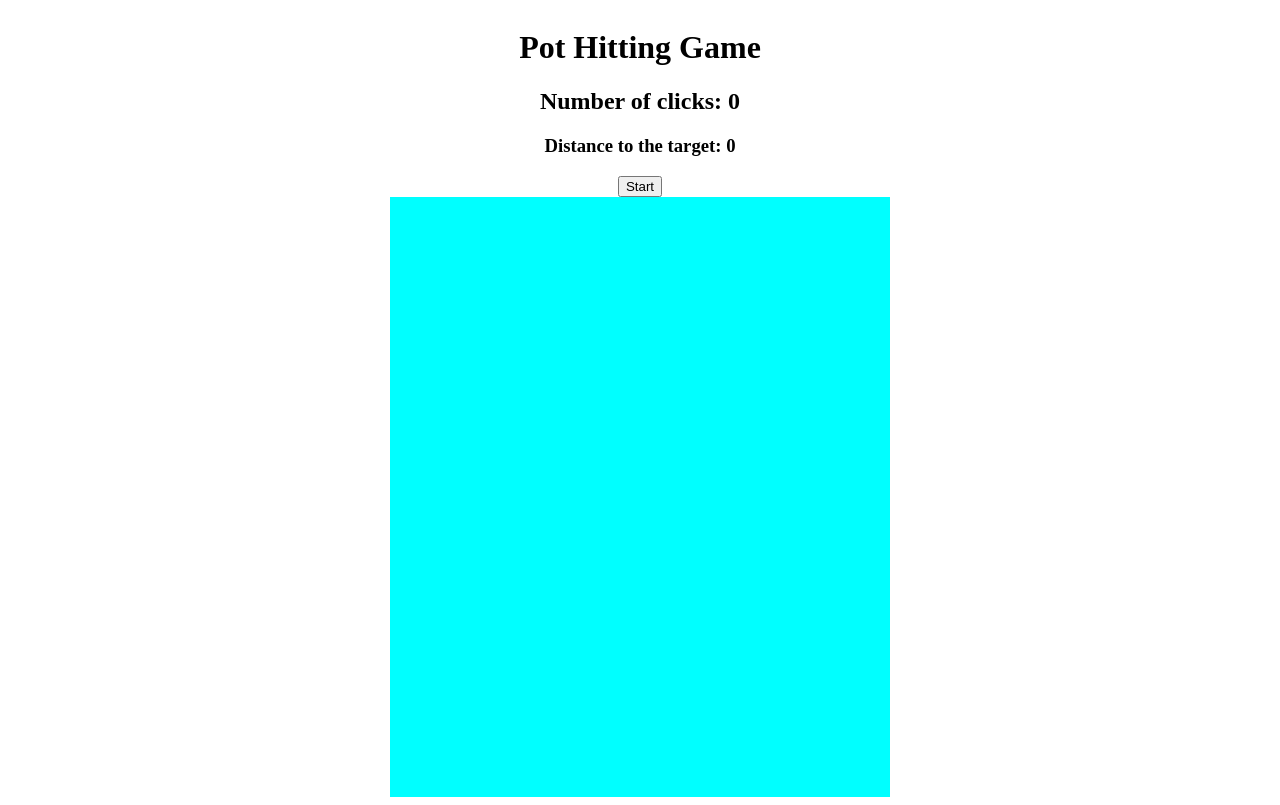
Repository: manojsatya/Web_development
Page: PotHitting_game/index.html
These files come from the project's save history. The page is drawn as it stood at one moment and after the next save; the edit follows.
The browser window is 1280 px wide. The pictures show the whole page.

Above is the page before, as saved 2019-06-03 15:37:12.

### PotHitting_game/index.html
<!DOCTYPE html>
<html lang="en">
<head>
    <meta charset="UTF-8">
    <meta name="viewport" content="width=device-width, initial-scale=1.0">
    <meta http-equiv="X-UA-Compatible" content="ie=edge">
    <title>Pot Hitting Game</title>

    <link rel="stylesheet" href="potplay.css">
</head>
<body>
        <div class="wrapper">
                <h1 class="head">Pot Hitting Game</h1>
                <h2> Number of clicks: <span id="clicks">0</span></h2>
                <h3>Distance to the target: <span id="dist">0</span></h3>
                <button class="reset"> Start</button>
                <div class="playarea">  </div>
               <!--  <div class="target"></div>   -->
        </div>








    <!-- <h2 onclick="showCoords(event)">Click this heading to get the x (horizontal) and y (vertical) coordinates of the mouse pointer when it was clicked.</h2>

    <p><strong>Tip:</strong> Try to click different places in the heading.</p>
 -->


    <script src="potplay.js"></script>


</body>
</html>

### PotHitting_game/potplay.css
.playarea{
    margin: 0 auto;
    width: 500px;
    height: 600px;
    background-color: aqua;


}

.selected{
    background-color: red;
}


.wrapper{
    align-content: center;
    text-align: center;
}

.target{
    margin: 0 auto;
    width: 20px;
    height: 20px;
    background-color: red;
    margin-top: -300px;
}

### PotHitting_game/potplay.js
var playarea = document.querySelector(".playarea");
//var targetarea = document.querySelector(".target");
var clicktext = document.getElementById("clicks");
var x;
var y;
var xPot = 250;
var yPot = 300;
var showDist = document.getElementById("dist");
var clickCount = 0;
var reset = document.querySelector(".reset");
var target = {};


playarea.addEventListener("click", function(){
    clickCount++ ;
    clicktext.textContent = clickCount;
    xClick = event.clientX;
    yClick = event.clientY;
    var distance = Math.sqrt(Math.pow(xPot - xClick, 2) + Math.pow(yPot - yClick, 2));
    showDist.textContent = distance;
    //console.log("Herer");
    console.log(" Left: "+ playarea.offsetLeft);
    console.log(" Top: "+ playarea.offsetTop);
    //console.log("Herer");


    x = event.clientX;
    y = event.clientY;
    var coords = "X coords: " + x + ", Y coords: " + y;

    console.log(coords);

});

reset.addEventListener("click", function(){
    clickCount = 0;
    clicktext.textContent = clickCount;
    distance = 0;
    showDist.textContent = distance;

});

/* targetarea.addEventListener("click", function(){

    alert("Clicked the target area");
}); */

function showCoords(event) {
    x = event.clientX;
    y = event.clientY;
    var coords = "X coords: " + x + ", Y coords: " + y;

    console.log(coords);

    document.getElementById("demo").innerHTML = coords;
  }

function getDistance(xPot, xClick, yPot, yClick){
    var distance = Math.sqrt(Math.pow(xPot - xClick, 2) + Math.pow(yPot - yClick, 2));
    return distance;
}

After the next save:
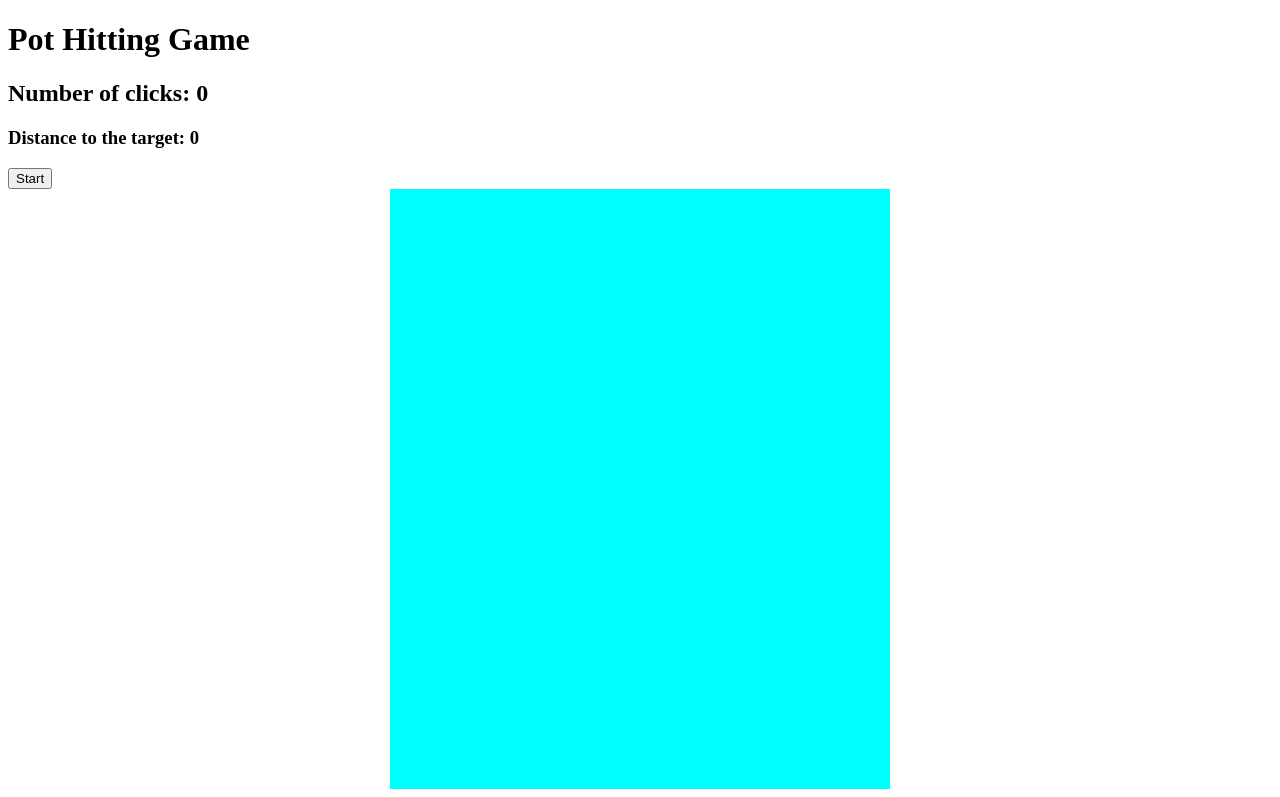
Saved 12 min 36 s later.
--- a/PotHitting_game/index.html
+++ b/PotHitting_game/index.html
@@ -9,7 +9,7 @@
     <link rel="stylesheet" href="potplay.css">
 </head>
 <body>
-        <div class="wrapper">
+        <div id="wrapper">
                 <h1 class="head">Pot Hitting Game</h1>
                 <h2> Number of clicks: <span id="clicks">0</span></h2>
                 <h3>Distance to the target: <span id="dist">0</span></h3>

After the save that followed:
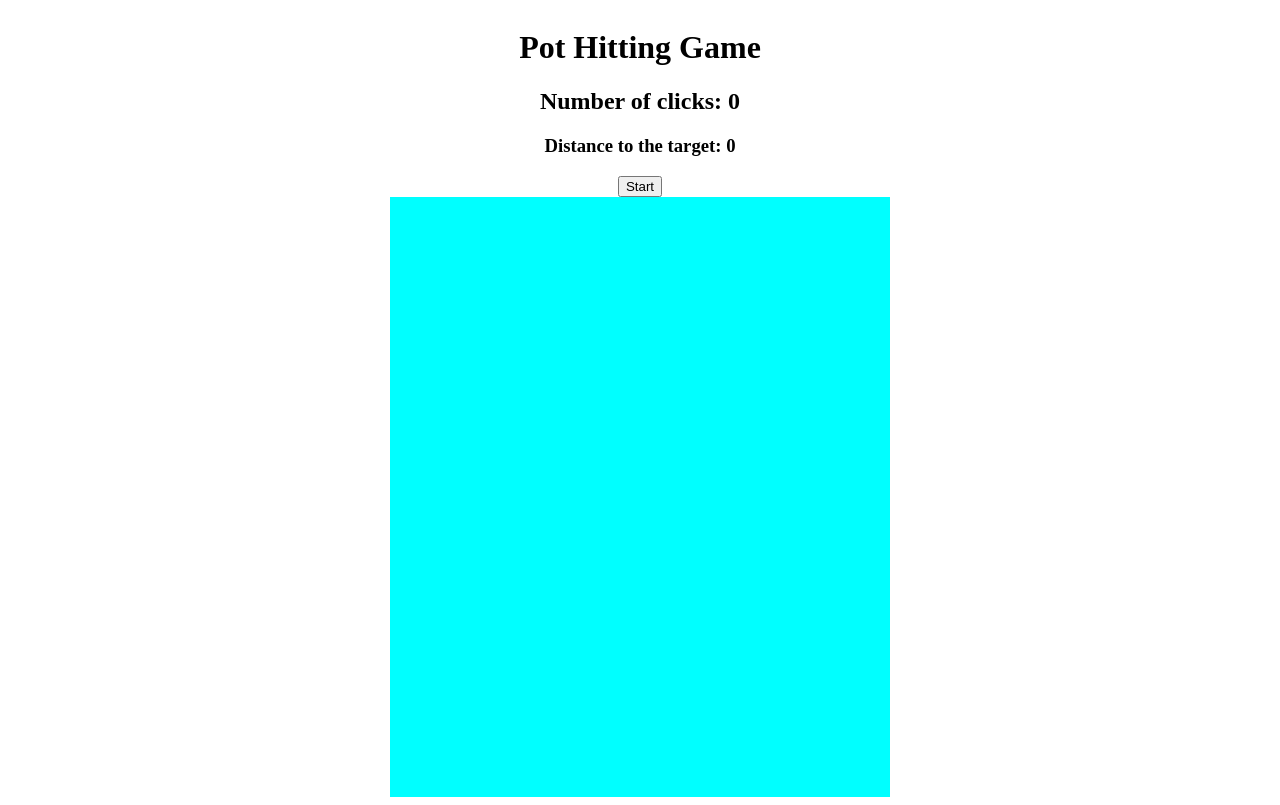
Saved 8 s later.
--- a/PotHitting_game/potplay.css
+++ b/PotHitting_game/potplay.css
@@ -12,7 +12,7 @@
 }
 
 
-.wrapper{
+#wrapper{
     align-content: center;
     text-align: center;
 }
